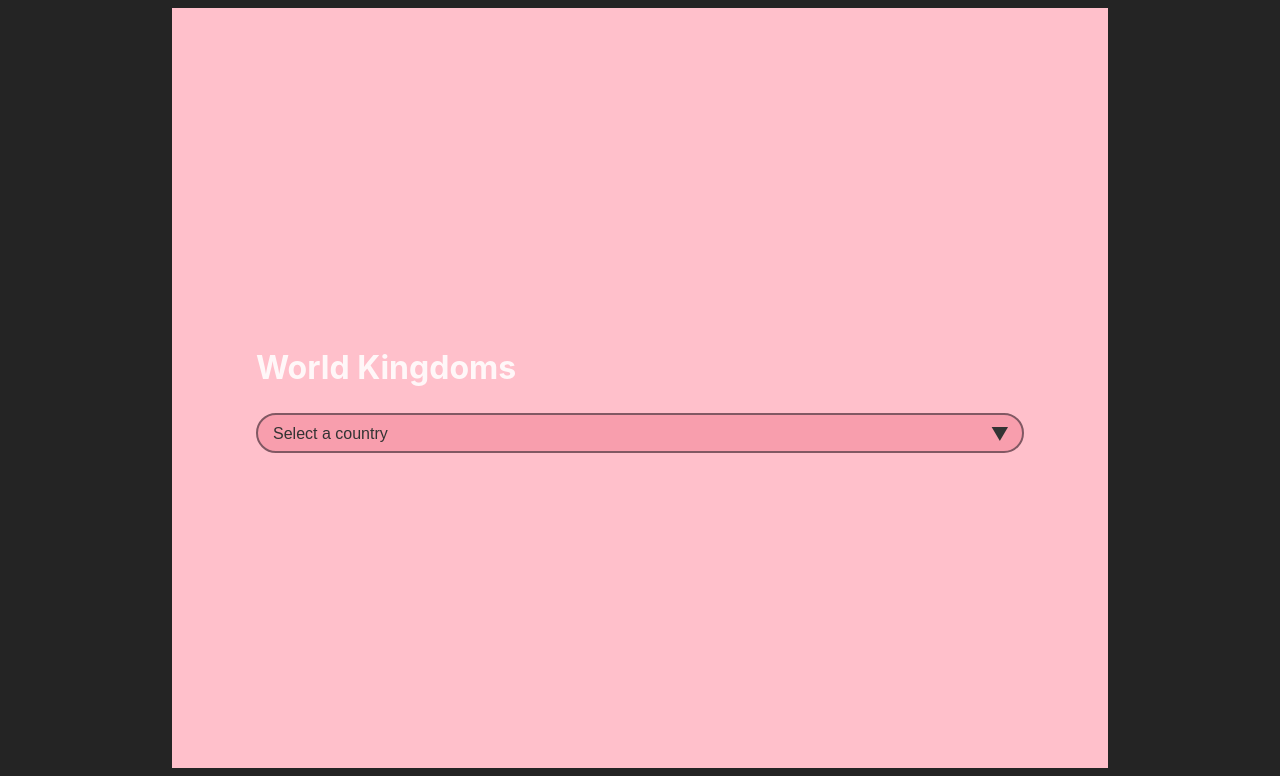
Repository: MonicaNguyenH/Lab-7_Frontend
Page: /countries
The author's editor kept a copy of each file at every save. The page is drawn from the files as they stood at one save, then again after the next save.
The browser window is 1280 px wide. The pictures show the whole page.
The page's requests for data from a server got no answer. The project was rebuilt for these pictures with package versions that can differ from the ones it lists, and the page was loaded fresh each time. No one was signed in, and anything a server would have sent is missing. Also part of the build but not shown: vite.config.js, src/Details.jsx.

Above is the page before, as saved 2024-11-23 18:39:53.

### src/main.jsx
import React from 'react';
import ReactDOM from 'react-dom/client';
import App from './App';
import './index.css'; // Import your global CSS styles

ReactDOM.createRoot(document.getElementById('root')).render(
  <React.StrictMode>
    <App />
  </React.StrictMode>
);

### src/App.jsx
import { BrowserRouter as Router, Routes, Route } from 'react-router-dom';
import Countries from './Contries';
import Details from './Details';

export default function App() {
  return (
    <div className="container">
      <Router>
      <Routes>
        <Route
          path="/"
          element={
            <div className="container">
              <h1>Welcome!</h1>
              <Countries />
            </div>
          }
        />
        <Route path="/countries" element={<Countries />} />
        <Route path="countries/:cca2" element={<Details />} />
      </Routes>
    </Router>
  </div>
  );
}

### src/index.css
:root {
  font-family: Inter, system-ui, Avenir, Helvetica, Arial, sans-serif;
  line-height: 1.5;
  font-weight: 400;

  color-scheme: light dark;
  color: rgba(255, 255, 255, 0.87);
  background-color: #242424;

  font-synthesis: none;
  text-rendering: optimizeLegibility;
  -webkit-font-smoothing: antialiased;
  -moz-osx-font-smoothing: grayscale;
}

.container {
  width: 70vw;
  min-height: 100vh;
  margin: auto;
  background-color: pink;
  display: flex;
  justify-content: center;
  flex-direction: column;
  align-content: flex-start;
  align-items: flex-start;
  align-self: start;
  padding: 20px;
}

.box {
  display: flex;
  justify-content: center;
  flex-direction: column;
  position: relative; /* To position the custom arrow inside the select */
  width: 60vw; /* Matches the width of the select */
  margin: auto;
  align-content: flex-start;
  align-items: flex-start;
  align-self: start;
}

select {
  appearance: none; /* Remove default dropdown arrow */
  -webkit-appearance: none; /* Safari support */
  -moz-appearance: none; /* Firefox support */
  background-color: rgb(248, 158, 173); /* Background color */
  border: 2px solid #815863; /* Border color */
  border-radius: 20px; /* Rounded corners */
  padding: 5px; /* Padding inside the dropdown */
  font-size: 16px; /* Font size */
  color: #333; /* Font color */
  width: 60vw; /* Width of the dropdown */
  height: 40px;
  cursor: pointer; /* Change cursor to pointer */
  margin: auto;
  align-items: center;
  padding-left: 15px;
}

.box::after {
  content: "▼"; /* Custom dropdown arrow */
  position: absolute;
  right: 15px; /* Position arrow to the right */
  top: 85%; /* Center vertically */
  transform: translateY(-50%); /* Adjust for perfect centering */
  pointer-events: none; /* Make sure the arrow does not block clicks */
  color: #333; /* Arrow color */
  font-size: 18px; /* Adjust arrow size */
}

select:focus {
  outline: none; /* Remove default focus outline */
  border-color: #b03866; /* Focus border color */
  box-shadow: 0 0 5px rgba(0, 123, 255, 0.5); /* Optional focus shadow */
}

option {
  font-size: 16px;
}

### src/Contries.jsx
import { useState, useEffect } from "react";
import { useNavigate, Outlet } from "react-router-dom";

export default function Countries() {
  const [countries, setCountries] = useState([]);
  const [selectedCountry, setSelectedCountry] = useState("");
  const navigate = useNavigate();

  useEffect(() => {
    fetch("https://restcountries.com/v3.1/name/kingdom")
      .then((response) => {
        if (!response.ok) {
          throw new Error("Network response was not ok");
        }
        return response.json();
      })
      .then((data) => setCountries(data))
      .catch((error) => console.error("Error fetching countries:", error));
  }, []);

  const handleCountrySelect = (e) => {
    const value = e.target.value;

    // Handle navigation based on selection
    if (value === "") {
      navigate("/countries"); // Navigate to /countries page
    } else {
      const selected = countries.find((country) => country.cca2 === value);
      if (selected) {
        setSelectedCountry(selected);
        navigate(`/countries/${selected.cca2}`, { state: { data: selected } });
      }
    }
  };

  return (
    <div className="box">
      <h1 className="title">World Kingdoms</h1>
      <select onChange={handleCountrySelect} value={selectedCountry?.cca2 || ""}>
        {/* Default option to navigate to /countries */}
        <option value="">Select a country</option>
        {/* Dynamically populate dropdown with country data */}
        {countries.map((country) => (
          <option key={country.cca2} value={country.cca2}>
            {country.name.common}
          </option>
        ))}
      </select>
      <Outlet />
    </div>
  );
}

Loaded but not shown: index.html (common file)

After the next save:
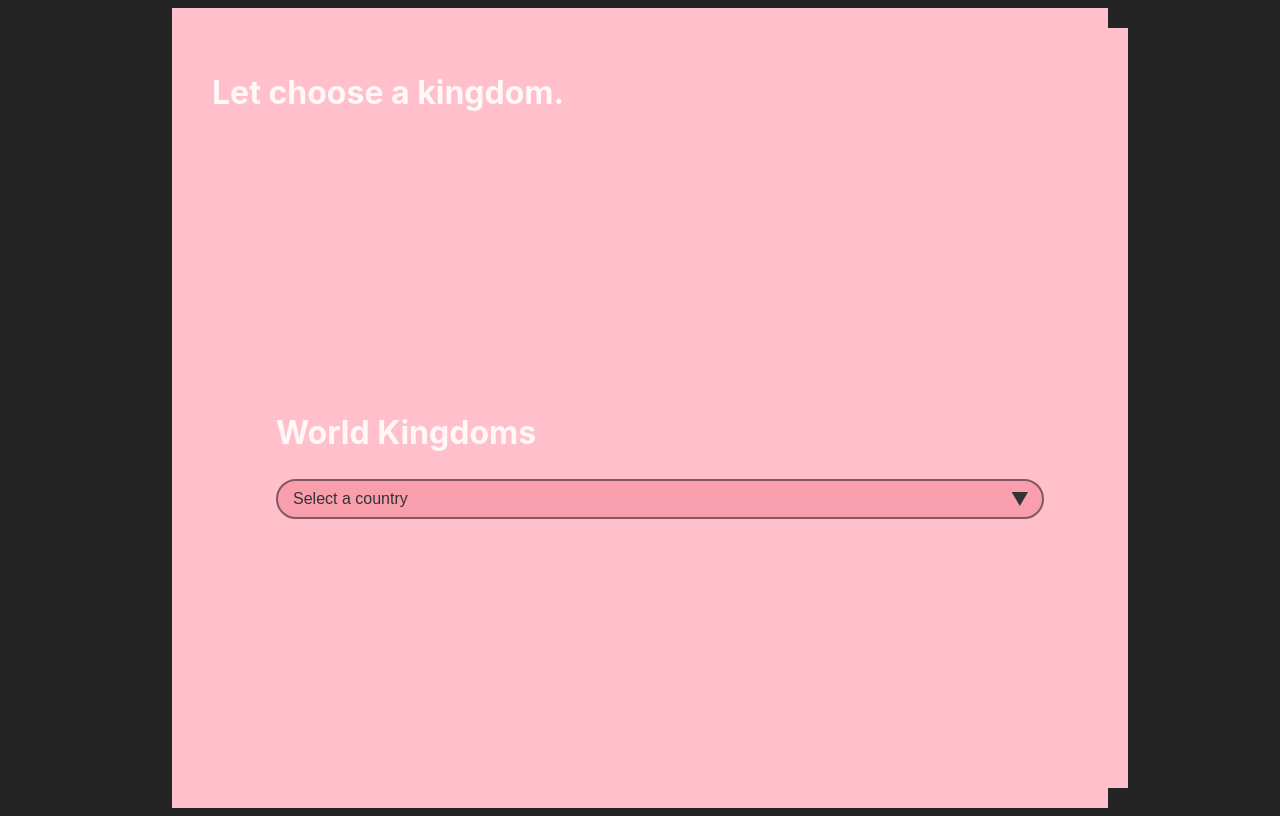
Saved 106 s later.
--- a/src/App.jsx
+++ b/src/App.jsx
@@ -16,7 +16,15 @@ export default function App() {
             </div>
           }
         />
-        <Route path="/countries" element={<Countries />} />
+        <Route
+          path="/countries"
+          element={
+            <div className="container">
+              <h1>Let choose a kingdom.</h1>
+              <Countries />
+            </div>
+          }
+        />
         <Route path="countries/:cca2" element={<Details />} />
       </Routes>
     </Router>
